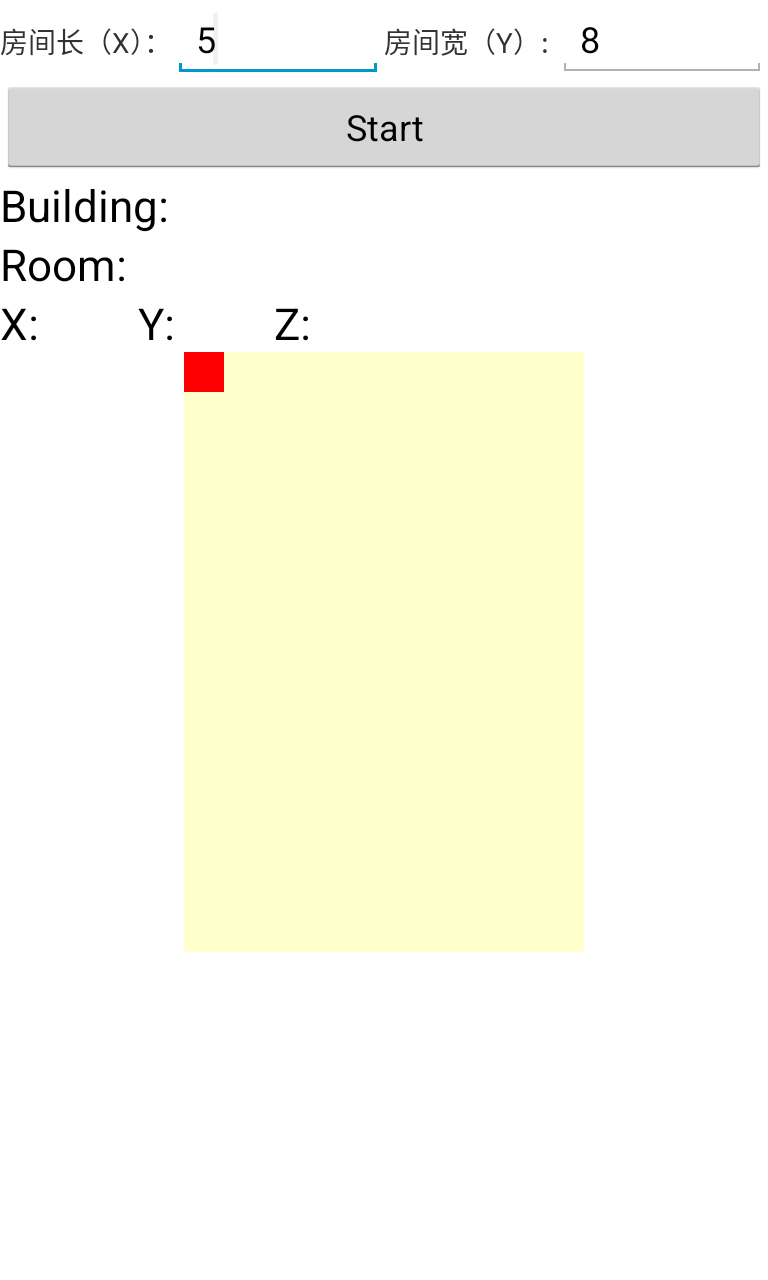
Repository: RenchuSong/tMap_Android
Layout: tmap_model_tool/res/layout/locating.xml
The author's editor kept a copy of each file at every save. The layout is drawn from the files as they stood at one save, then again after the next save.
It is drawn on a 768 x 1280 px phone screen (xhdpi) without system bars, with theme AppTheme; the app's code is not run.

Above is the layout before, as saved 2014-05-12 00:52:20.

After the next save:
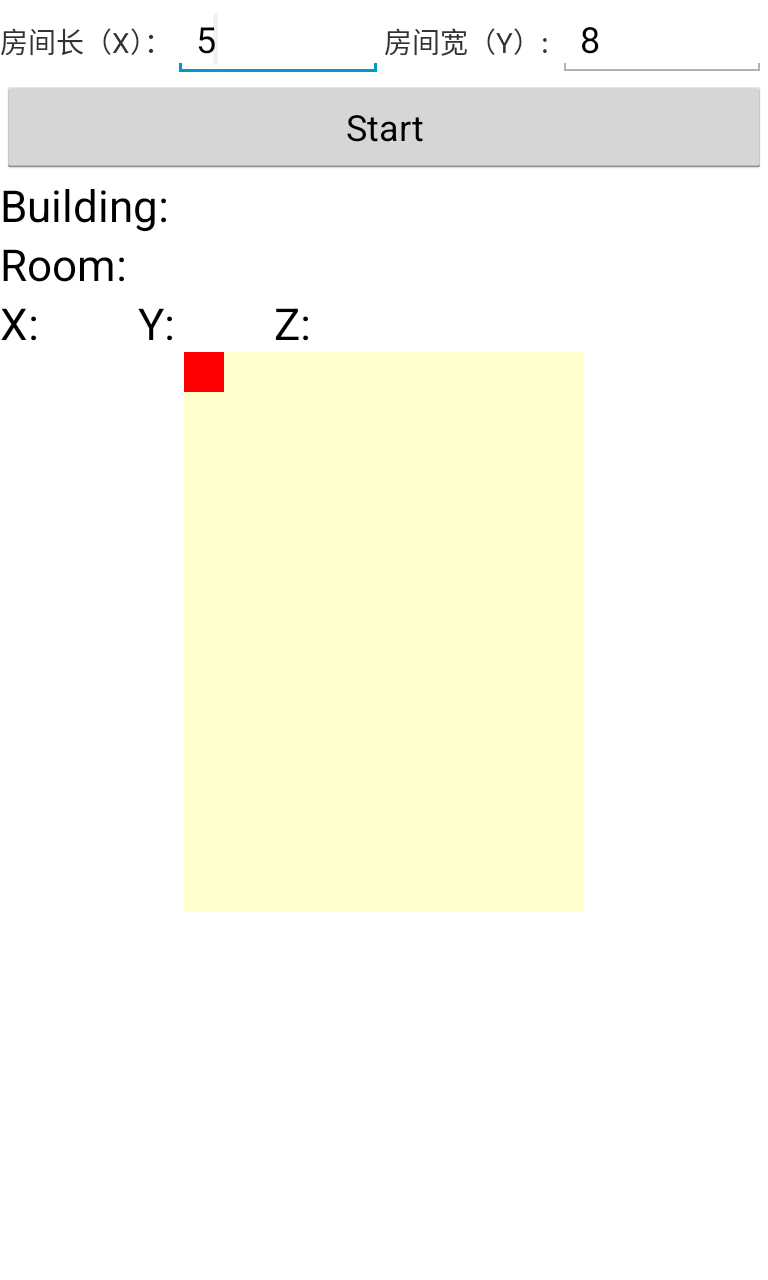
Saved 3 min 55 s later.
--- a/tmap_model_tool/res/layout/locating.xml
+++ b/tmap_model_tool/res/layout/locating.xml
@@ -70,7 +70,7 @@
 
     <RelativeLayout
         android:layout_width="200dp"
-        android:layout_height="300dp"
+        android:layout_height="280dp"
         android:layout_gravity="center_horizontal"
         android:background="#ffffcc" >
 
